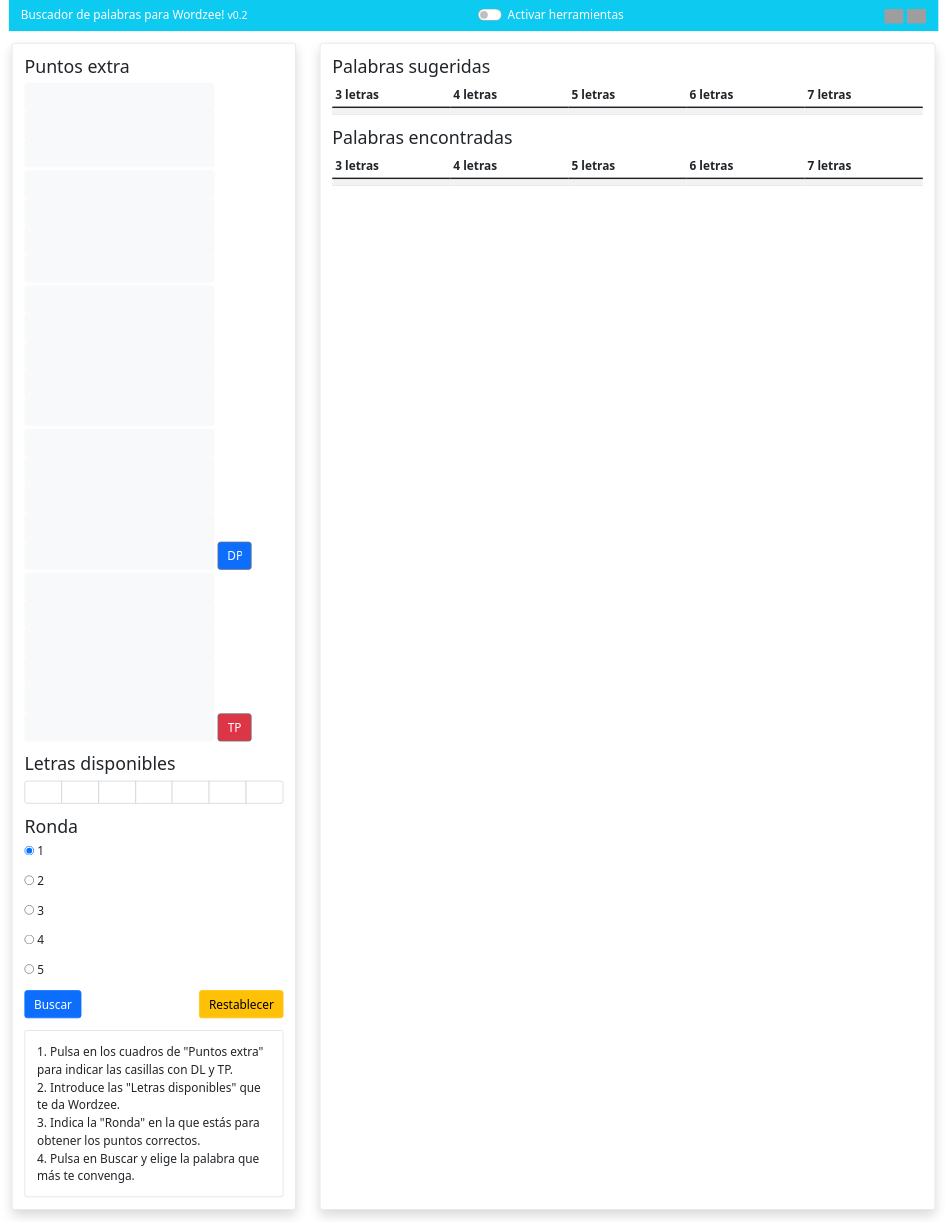
Repository: angelcafe/wordzee-bp_javascript
Page: index.html
These files come from the project's save history. The page is drawn as it stood at one moment and after the next save; the edit follows.
The browser window is 1280 px wide. The pictures show the whole page, at 74% of full size.
Pictures or frames that could not be fetched are drawn as grey boxes.

Above is the page before, as saved 2021-10-22 22:21:53.

### index.html
<!DOCTYPE html>
<html lang="es">

<head>
    <meta charset="UTF-8">
    <meta name="viewport" content="width=device-width, initial-scale=1">
    <meta http-equiv="Expires" content="0">
    <meta http-equiv="Last-Modified" content="0">
    <meta http-equiv="Cache-Control" content="no-cache, mustrevalidate">
    <meta http-equiv="Pragma" content="no-cache">
    <link rel="icon" href="favicon.ico" type="image/ico" />
    <link rel="stylesheet" href="https://cdn.jsdelivr.net/npm/bootstrap@5.1.3/dist/css/bootstrap.min.css" integrity="sha384-1BmE4kWBq78iYhFldvKuhfTAU6auU8tT94WrHftjDbrCEXSU1oBoqyl2QvZ6jIW3" crossorigin="anonymous">
    <link rel="stylesheet" href="https://cdn.jsdelivr.net/npm/bootstrap-icons@1.5.0/font/bootstrap-icons.css">
    <link rel="stylesheet" href="index.css">
    <title>Busca palabras</title>
</head>

<body>
    <div class="container-fluid">
        <!-- Cabecera -->
        <nav class="nav d-flex justify-content-between bg-info">
            <li class="nav-item">
                <span class="nav-link text-white">Buscador de palabras para Wordzee! <small>v0.2</small></span>
            </li>
            <li class="nav-item">
                <div class="nav-link text-white form-check form-switch">
                    <input class="form-check-input" type="checkbox" role="switch" id="idActivarHerramientas">
                    <label class="form-check-label" for="idActivarHerramientas">Activar herramientas</label>
                </div>
            </li>
            <li class="nav-item">
                <span class="nav-link">
                    <a href="https://www.facebook.com/BuscaPalabras-para-Wordzee-106324508497974" target="_blank"><img src="https://upload.wikimedia.org/wikipedia/commons/5/51/Facebook_f_logo_%282019%29.svg" height="20"></a>
                    <a href="https://t.me/buscadorwordzee" target="_blank"><img src="https://upload.wikimedia.org/wikipedia/commons/thumb/8/83/Telegram_2019_Logo.svg/2048px-Telegram_2019_Logo.svg.png" height="20"></a>
                </span>
            </li>
        </nav>
        <div class="row">
            <!-- Puntos extra -->
            <div id="idPuntosExtra" class="col border shadow rounded m-3 p-3">
                <form name="principal" id="principal" method="POST">
                    <h4>Puntos extra</h4>
                    <div class="p-0 mb-1">
                        <input type="text" name="pal3let1" id="pal3let1" class="btn btn-info" value="" readonly>
                        <input type="text" name="pal3let2" id="pal3let2" class="btn btn-info" value="" readonly>
                        <input type="text" name="pal3let3" id="pal3let3" class="btn btn-info" value="" readonly>
                    </div>
                    <div class="p-0 mb-1">
                        <input type="text" name="pal4let1" id="pal4let1" class="btn btn-secondary info" value="" readonly>
                        <input type="text" name="pal4let2" id="pal4let2" class="btn btn-secondary info" value="" readonly>
                        <input type="text" name="pal4let3" id="pal4let3" class="btn btn-secondary info" value="" readonly>
                        <input type="text" name="pal4let4" id="pal4let4" class="btn btn-secondary info" value="" readonly>
                    </div>
                    <div class="p-0 mb-1">
                        <input type="text" name="pal5let1" id="pal5let1" class="btn btn-secondary info" value="" readonly>
                        <input type="text" name="pal5let2" id="pal5let2" class="btn btn-secondary info" value="" readonly>
                        <input type="text" name="pal5let3" id="pal5let3" class="btn btn-secondary info" value="" readonly>
                        <input type="text" name="pal5let4" id="pal5let4" class="btn btn-secondary info" value="" readonly>
                        <input type="text" name="pal5let5" id="pal5let5" class="btn btn-secondary info" value="" readonly>
                    </div>
                    <div class="p-0 mb-1">
                        <input type="text" name="pal6let1" id="pal6let1" class="btn btn-secondary info" value="" readonly>
                        <input type="text" name="pal6let2" id="pal6let2" class="btn btn-secondary info" value="" readonly>
                        <input type="text" name="pal6let3" id="pal6let3" class="btn btn-secondary info" value="" readonly>
                        <input type="text" name="pal6let4" id="pal6let4" class="btn btn-secondary info" value="" readonly>
                        <input type="text" name="pal6let5" id="pal6let5" class="btn btn-secondary info" value="" readonly>
                        <input type="text" name="pal6let6" id="pal6let6" class="btn btn-secondary info" value="" readonly>
                    </div>
                    <div class="p-0 mb-3">
                        <input type="text" name="pal7let1" id="pal7let1" class="btn btn-secondary info" value="" readonly>
                        <input type="text" name="pal7let2" id="pal7let2" class="btn btn-secondary info" value="" readonly>
                        <input type="text" name="pal7let3" id="pal7let3" class="btn btn-secondary info" value="" readonly>
                        <input type="text" name="pal7let4" id="pal7let4" class="btn btn-secondary info" value="" readonly>
                        <input type="text" name="pal7let5" id="pal7let5" class="btn btn-secondary info" value="" readonly>
                        <input type="text" name="pal7let6" id="pal7let6" class="btn btn-secondary info" value="" readonly>
                        <input type="text" name="pal7let7" id="pal7let7" class="btn btn-secondary info" value="" readonly>
                    </div>
                    <h4>Letras disponibles</h4>
                    <div class="input-group input-group-sm mb-3" id="letras">
                        <input type="text" name="letra1" id="idLetra1" size="1" maxlength="1" autocomplete="off" required="required" class="form-control text-uppercase" value="">
                        <input type="text" name="letra2" id="idLetra2" size="1" maxlength="1" autocomplete="off" required="required" class="form-control text-uppercase" value="">
                        <input type="text" name="letra3" id="idLetra3" size="1" maxlength="1" autocomplete="off" required="required" class="form-control text-uppercase" value="">
                        <input type="text" name="letra4" id="idLetra4" size="1" maxlength="1" autocomplete="off" required="required" class="form-control text-uppercase" value="">
                        <input type="text" name="letra5" id="idLetra5" size="1" maxlength="1" autocomplete="off" required="required" class="form-control text-uppercase" value="">
                        <input type="text" name="letra6" id="idLetra6" size="1" maxlength="1" autocomplete="off" required="required" class="form-control text-uppercase" value="">
                        <input type="text" name="letra7" id="idLetra7" size="1" maxlength="1" autocomplete="off" required="required" class="form-control text-uppercase" value="">
                    </div>
                    <h4>Ronda</h4>
                    <div class="custom-control custom-radio custom-control-inline mb-3">
                        <input type="radio" id="idRonda1" name="ronda" value="1" class="custom-control-input" checked>
                        <label class="custom-control-label" for="idRonda1">1</label>
                    </div>
                    <div class="custom-control custom-radio custom-control-inline mb-3">
                        <input type="radio" id="idRonda2" name="ronda" value="2" class="custom-control-input">
                        <label class="custom-control-label" for="idRonda2">2</label>
                    </div>
                    <div class="custom-control custom-radio custom-control-inline mb-3">
                        <input type="radio" id="idRonda3" name="ronda" value="3" class="custom-control-input">
                        <label class="custom-control-label" for="idRonda3">3</label>
                    </div>
                    <div class="custom-control custom-radio custom-control-inline mb-3">
                        <input type="radio" id="idRonda4" name="ronda" value="4" class="custom-control-input">
                        <label class="custom-control-label" for="idRonda4">4</label>
                    </div>
                    <div class="custom-control custom-radio custom-control-inline mb-3">
                        <input type="radio" id="idRonda5" name="ronda" value="5" class="custom-control-input">
                        <label class="custom-control-label" for="idRonda5">5</label>
                    </div>
                    <div class="btn-toolbar justify-content-between mt-1">
                        <button type="submit" class="btn btn-primary">Buscar</button>
                        <button type="button" onclick="restablecer()" class="btn btn-warning">Restablecer</button>
                    </div>
                </form>
                <div class="card mt-3">
                    <div class="card-body">
                        1. Pulsa en los cuadros de "Puntos extra" para indicar las casillas con DL y TP.
                        <br>
                        2. Introduce las "Letras disponibles" que te da Wordzee.
                        <br>
                        3. Indica la "Ronda" en la que estás para obtener los puntos correctos.
                        <br>
                        4. Pulsa en Buscar y elige la palabra que más te convenga.
                    </div>
                </div>
            </div>
            <!-- Herramientas -->
            <div id="idHerramientas" class="herramientas d-none border col m-3 p-3 shadow rounded">
                <h4>Herramientas</h4>
                <form class="row">
                    <div class="col">Palabra nueva:</div>
                    <div class="col">
                        <input name="palabraGuardar" id="palabraGuardar" type="text" minlength="3" maxlength="7" autocomplete="off" required="required" class="form-control text-uppercase" value="">
                    </div>
                    <div class="col">
                        <button id="idGuardar" type="button" class="btn btn-primary">Guardar</button>
                    </div>
                </form>
                <form class="row mt-3">
                    <div class="col">Borrar palabra:</div>
                    <div class="col">
                        <input name="palabraBorrar" id="palabraBorrar" type="text" minlength="3" maxlength="7" autocomplete="off" required="required" class="form-control text-uppercase" value="">
                    </div>
                    <div class="col">
                        <button id="idBorrar" type="button" class="btn btn-danger">Borrar</button>
                    </div>
                </form>
                <form class="row mt-3">
                    <div class="col">Exportar JSON:</div>
                    <div class="col"></div>
                    <div class="col">
                        <button type="button" onclick="palabras.exportar()" class="btn btn-primary">Exportar</button>
                    </div>
                </form>
                <form class="row mt-3">
                    <div class="col">Importar JSON:</div>
                    <div class="col custom-file">
                        <input type="file" class="custom-file-input" accept=".json" id="formFile" required="required">
                        <label class="custom-file-label" for="formFile" data-browse="Elegir"></label>
                    </div>
                    <div class="col input-group-append">
                        <button type="button" class="btn btn-warning" onclick="palabras.importar()">Importar</button>
                    </div>
                </form>
            </div>
            <div class="border col m-3 p-3 shadow rounded">
                <!-- Palabras sugeridas -->
                <h4>Palabras sugeridas</h4>
                <table class="table table-sm table-striped table-hover">
                    <thead>
                        <tr>
                            <th>3 letras</th>
                            <th>4 letras</th>
                            <th>5 letras</th>
                            <th>6 letras</th>
                            <th>7 letras</th>
                        </tr>
                    </thead>
                    <tbody>
                        <tr>
                            <td class="noselect"></td>
                            <td class="noselect"></td>
                            <td class="noselect"></td>
                            <td class="noselect"></td>
                            <td class="noselect"></td>
                        </tr>
                    </tbody>
                </table>
                <!-- Palabras encontradas -->
                <h4>Palabras encontradas</h4>
                <table class="table table-sm table-striped table-hover">
                    <thead>
                        <tr>
                            <th>3 letras</th>
                            <th>4 letras</th>
                            <th>5 letras</th>
                            <th>6 letras</th>
                            <th>7 letras</th>
                        </tr>
                    </thead>
                    <tbody>
                        <tr>
                            <td class="menu palenc noselect"></td>
                            <td class="menu palenc noselect"></td>
                            <td class="menu palenc noselect"></td>
                            <td class="menu palenc noselect"></td>
                            <td class="menu palenc noselect"></td>
                        </tr>
                    </tbody>
                </table>
            </div>
        </div>
    </div>
    <div id="modalAlert" class="modal fade" tabindex="-1">
        <div class="modal-dialog">
            <div class="modal-content">
                <div class="modal-header">
                    <h5 class="modal-title"></h5>
                    <button type="button" class="close" data-dismiss="modal" aria-label="Close"></button>
                </div>
                <div class="modal-body">
                    <p>Importación finalizada.</p>
                </div>
                <div class="modal-footer">
                    <button type="button" class="close" data-dismiss="modal" aria-label="Cerrar">
                        <span aria-hidden="true">&times;</span>
                    </button>
                </div>
            </div>
        </div>
    </div>
    <div id="menu">
        <div>
            <i class="bi bi-eraser-fill"></i> Borrar <span id="idBorrarPalabra"></span> de la Base de Datos
        </div>
    </div>
    <script src="https://cdn.jsdelivr.net/npm/bootstrap@5.1.3/dist/js/bootstrap.bundle.min.js" integrity="sha384-ka7Sk0Gln4gmtz2MlQnikT1wXgYsOg+OMhuP+IlRH9sENBO0LRn5q+8nbTov4+1p" crossorigin="anonymous"></script>
    <script src="index.js"></script>
</body>

</html>

### index.js
(function () {
    'use strict'

    document.querySelector("#pal6let6[value='']").value = "DP";
    document.querySelector("#pal7let7[value='']").value = "TP";
    for (let x = 3; x < 8; x++) {
        for (let y = 1; y < (x + 1); y++) {
            document.getElementById("pal" + x + "let" + y).addEventListener("click", cambiarValorBotones);
            cambiarClaseBotones(document.getElementsByName("pal" + x + "let" + y)[0]);
        }
    }
    Array.from(document.getElementsByClassName("palenc")).forEach(element => {
        element.addEventListener("click", function (e) {
            let palabra = e.target.innerText.split(' ')[0];
            for (let x = 0; x < 7; x++) {
                $('#idLetra' + (x + 1)).val(palabra[x]);
            }
        });
    });
    var texto = /^[a-jl-vx-zA-JL-VX-ZñÑ]$/;
    document.querySelectorAll("#letras > input").forEach(element => {
        element.addEventListener("keyup", e => {
            if (texto.test(element.value) === true) {
                if (e.currentTarget.nextElementSibling) {
                    $(e.currentTarget.nextElementSibling)
                        .focus()
                        .select();
                }
            } else {
                e.currentTarget.value = '';
            }
        });
        element.addEventListener("click", e => {
            e.currentTarget.select();
        });
    });
})()

var palabras = {
    alerta: function () {
        let myModal = new bootstrap.Modal(document.getElementById('modalAlert'));
        document.querySelector('#modalAlert .modal-title').innerText = palabras.alertaTitulo;
        document.querySelector('#modalAlert .modal-body p').innerText = palabras.alertaTexto;
        myModal.show();
        if (palabras.alertaDescargar) {
            palabras.descargar();
        }
    },
    alertaDescargar: false,
    alertaTexto: '',
    alertaTitulo: '',
    ajax: function (alerta = false) {
        $.ajax({
            contentType: palabras.ajaxContentType,
            data: palabras.ajaxEnviar,
            processData: palabras.ajaxProcessData,
            type: palabras.ajaxMetodo,
            url: palabras.ajaxFichero,
            success: function (datos) {
                if (alerta) {
                    palabras.responde = datos;
                    palabras.alerta();
                }
                if (palabras.ajaxEnviar.borrar || palabras.ajaxEnviar.guardar) {
                    document.getElementById('principal').submit();
                }
            },
            complete: function () {
                palabras.ajaxContentType = 'application/x-www-form-urlencoded; charset=UTF-8';
                palabras.ajaxEnviar = '';
                palabras.ajaxFichero = 'back/buscapalabras.php';
                palabras.ajaxMetodo = 'POST';
                palabras.ajaxProcessData = true;
            }
        });
    },
    ajaxContentType: 'application/x-www-form-urlencoded; charset=UTF-8',
    ajaxEnviar: '',
    ajaxFichero: "back/buscapalabras.php",
    ajaxMetodo: "POST",
    ajaxProcessData: true,
    borrar: function (palabra) {
        palabras.ajaxEnviar = { "borrar": palabra };
        palabras.ajax();
    },
    descargar: function () {
        let blob = palabras.responde;
        let fileName = 'sp.json';
        let link = document.createElement('a');
        let binaryData = [];
        binaryData.push(blob);
        link.href = window.URL.createObjectURL(new Blob(binaryData, { type: "application/json" }));
        link.download = fileName;
        link.click();
    },
    exportar: function () {
        palabras.alertaTitulo = 'Exportar JSON';
        palabras.alertaTexto = 'Exportación finalizada.';
        palabras.alertaDescargar = true;
        palabras.ajaxEnviar = { "exportar": true };
        palabras.ajax(true);
    },
    guardar: function () {
        let palabra = document.getElementById('palabraGuardar').value;
        palabras.ajaxEnviar = { "guardar": palabra };
        palabras.ajax();
    },
    importar: function () {
        const file = document.getElementById('formFile').files[0];
        var formd = new FormData();
        formd.append('archivo', file);
        palabras.alertaTitulo = 'Importar JSON';
        palabras.alertaTexto = 'Importación finalizada.';
        palabras.alertaDescargar = false;
        palabras.ajaxContentType = false;
        palabras.ajaxProcessData = false;
        palabras.ajaxEnviar = formd;
        palabras.ajax(true);
        return false;
    },
    responde: '',
};
window.onload = function() {
    if (localStorage.getItem('ActivarHerramientas')) {
        document.getElementById('idHerramientas').className = localStorage.getItem('ActivarHerramientas');
        document.getElementById('idActivarHerramientas').checked = (localStorage.getItem('ActivarHerramientas').indexOf('d-none') < 0) ? (true) : (false);
    }
    document.getElementById('idActivarHerramientas').addEventListener("change", activarHerramientas);
    document.getElementById('idBorrar').addEventListener('click', function () {
        palabras.borrar($('#palabraBorrar').val());
    });
    document.getElementById('idGuardar').addEventListener("click", palabras.guardar);
    document.onclick = function (e) {
        document.getElementById('menu').style.display = 'none';
    }
    document.oncontextmenu = function (e) {
        document.getElementById('menu').style.display = 'none';
        if (e.target.className.includes("menu")) {
            e.preventDefault();
            $('#menu').css({'left': e.pageX - 100 + 'px', 'top': e.pageY + 'px', 'display': 'block'});
            $('#idBorrarPalabra')
                .text(e.target.innerText.split(' ')[0])
                .on('click', function () {
                    palabras.borrar($(this).text());
                });
        }
    }
};

function activarHerramientas(e) {
    let h = document.getElementById('idHerramientas');
    if (e.currentTarget.checked) {
        h.className = h.className.replace('d-none ', '');
        localStorage.setItem('ActivarHerramientas', h.className);
    } else {
        h.className = 'd-none ' + h.className;
        localStorage.setItem('ActivarHerramientas', h.className);
    }
}

function cambiarClaseBotones(e) {
    switch (e.value) {
        case 'DL':
            e.className = 'btn btn-secondary rosa';
            break;
        case 'TL':
            e.className = 'btn btn-secondary bg-success';
            break;
        case 'DP':
            e.className = 'btn btn-secondary bg-primary';
            break;
        case 'TP':
            e.className = 'btn btn-secondary bg-danger';
            break;
        case '':
            e.className = 'btn btn-light';
            break;
        default:
            break;
    }
}

function cambiarValorBotones(e) {
    switch (e.srcElement.value) {
        case '':
            e.srcElement.value = 'DL';
            e.srcElement.value.className = 'btn btn-secondary rosa';
            break;
        case 'DL':
            e.srcElement.value = 'TL';
            e.srcElement.value.className = 'btn btn-secondary bg-success';
            break;
        case 'TL':
            e.srcElement.value = '';
            e.srcElement.value.className = 'btn btn-secondary info';
            break;
        default:
            break;
    }
}

function restablecer() {
    window.location.href = window.location.href;
}

Loaded but not shown: index.css (70 lines, source omitted)

After the next save:
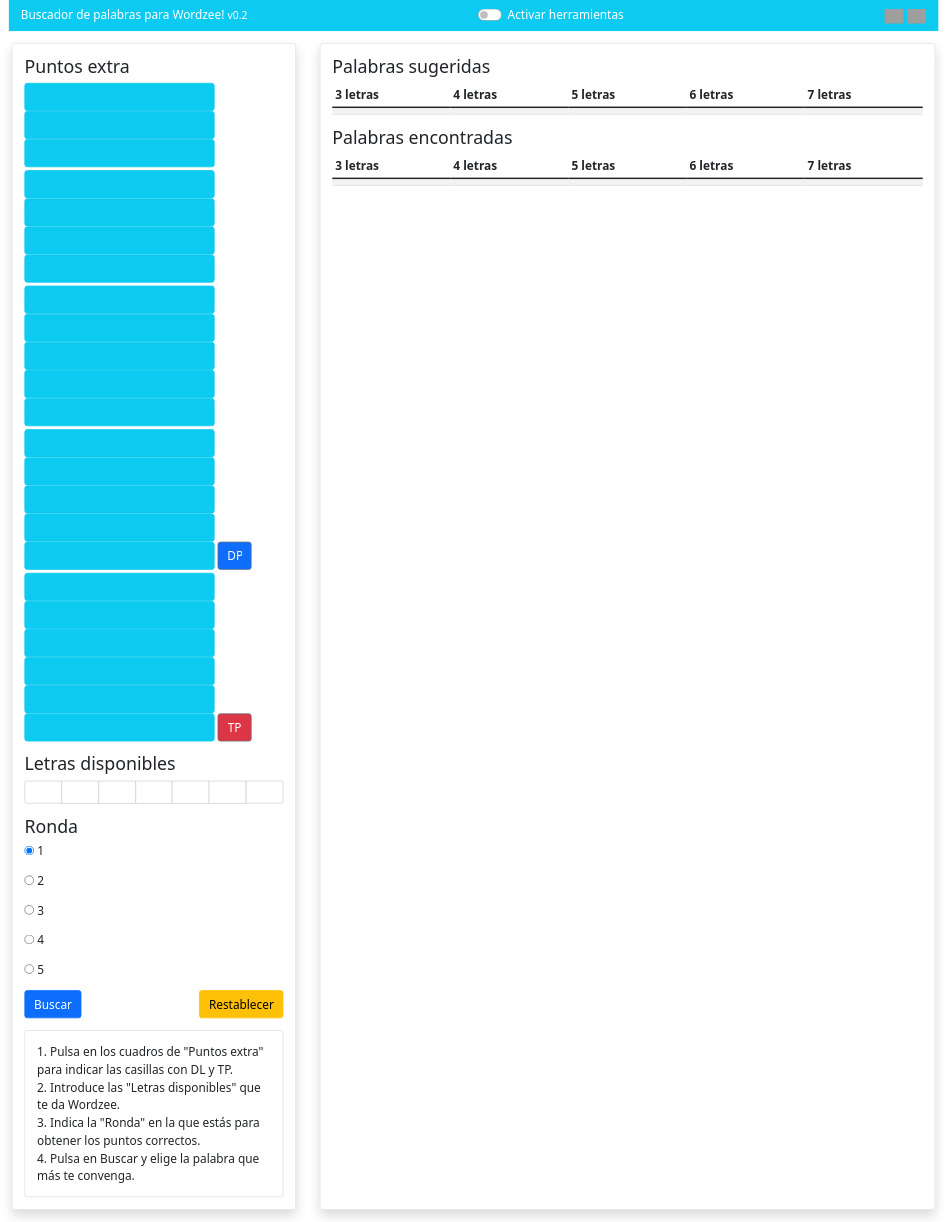
Saved 6 s later.
--- a/index.js
+++ b/index.js
@@ -173,7 +173,7 @@ function cambiarClaseBotones(e) {
             e.className = 'btn btn-secondary bg-danger';
             break;
         case '':
-            e.className = 'btn btn-light';
+            e.className = 'btn btn-info';
             break;
         default:
             break;
